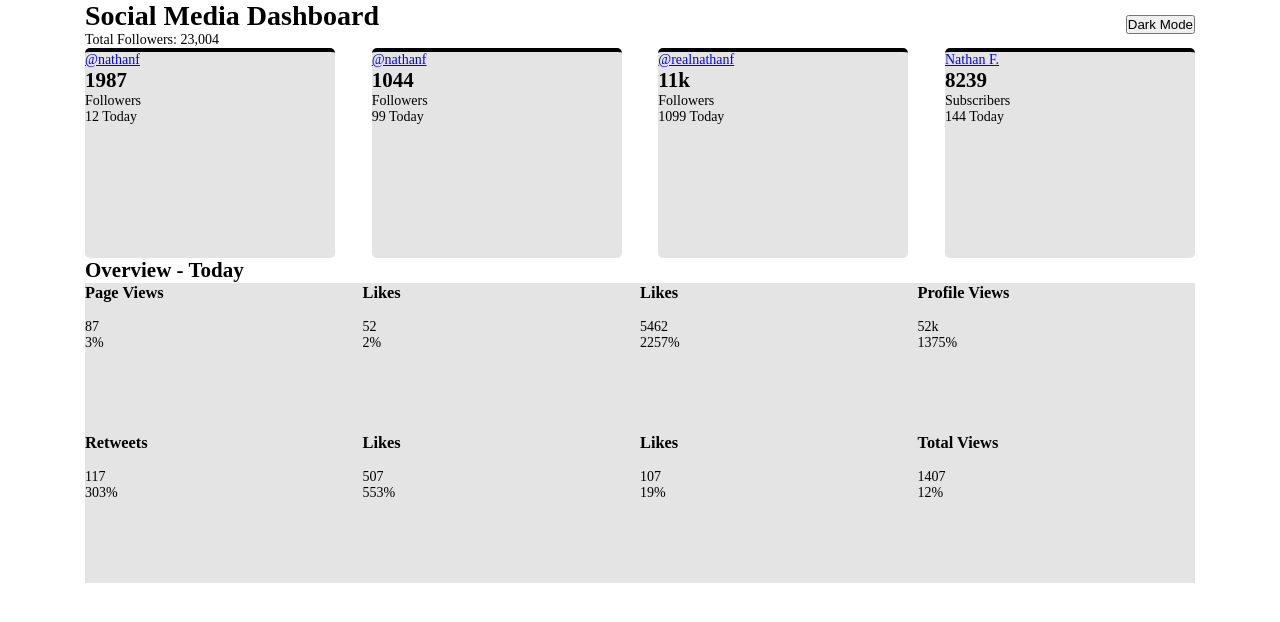
Repository: mamulini/social-media-dashboard-with-theme-switcher-master
Page: index.html
The author's editor kept a copy of each file at every save. The page is drawn from the files as they stood at one save, then again after the next save.
The browser window is 1280 px wide. The pictures show the whole page.

Above is the page before, as saved 2020-04-06 12:50:30.

After the next save:
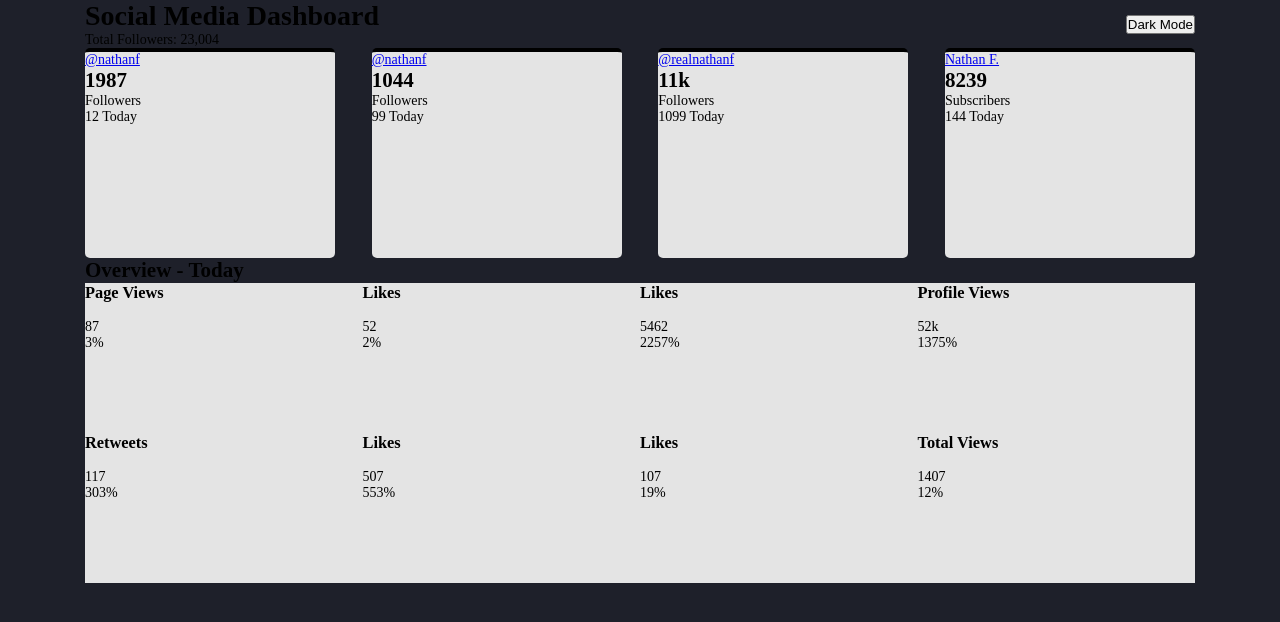
Saved 5 min 16 s later.
--- a/css/style.css
+++ b/css/style.css
@@ -6,6 +6,7 @@
 
 body{
     font-size: 14px;
+    background: hsl(230, 17%, 14%);
 }
 
 .container{
